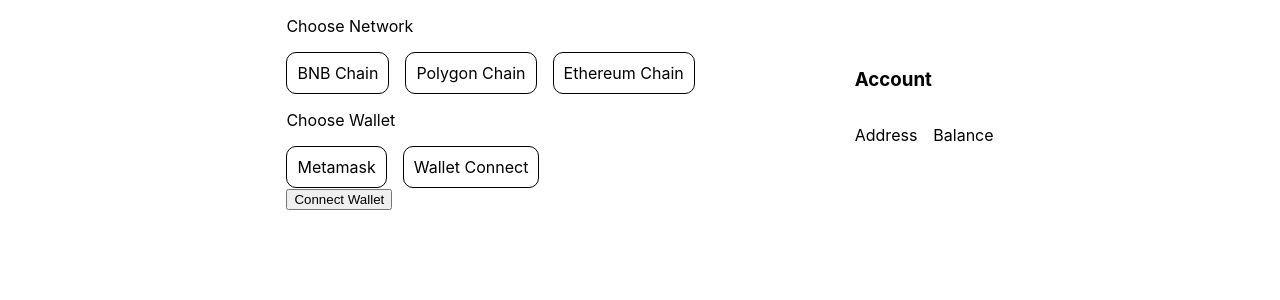
Repository: m-ahmadshaikh/Wallet-Connect
Page: /
An editor plug-in stored every save of this project. The page is shown before and after the next save, followed by the edit.
The browser window is 1280 px wide. The pictures show the whole page.
The project was rebuilt for these pictures with package versions that can differ from the ones it lists, and the page was loaded fresh each time.

Above is the page before, as saved 2023-01-19 18:11:28.

### src/App.js
import { useState } from 'react';
import './App.css';
import Button from './components/Button/Button';

function App() {
  const [selectedNetwork, setSelectedNetwork] = useState('')
  const [selectedWallet, setSelectedWallet] = useState('')

  const onNetworkClick = (text)=>{
    setSelectedNetwork(text)
  }
  const onWalletClick = (text)=>{
    setSelectedWallet(text)
  }
  return (
    <div className='main'>
      <div>
      <p>Choose Network</p>
      <div className='flex'><Button text={'BNB Chain'} active={selectedNetwork === 'bnb'} onClick={()=>onNetworkClick('bnb')}/>
      <Button text={'Polygon Chain'} active={selectedNetwork === 'polygon'} onClick={()=>onNetworkClick('polygon')}/>
      <Button text={'Ethereum Chain'} active={selectedNetwork === 'ethereun'} onClick={()=>onNetworkClick('ethereum')}/>
      </div>


      <p>Choose Wallet</p>
      <div className='flex'>
      <Button text={'Metamask'}  active={selectedWallet === 'metamask'} onClick={()=>onWalletClick('metamask')}/>
      <Button text={'Wallet Connect'}  active={selectedWallet === 'wallet_connect'} onClick={()=>onWalletClick('wallet_connect')}/>
      </div>

      <button className='btn'>Connect Wallet</button>
      </div>

      <div>
        <h3>Account</h3>
        <div className='flex'>
          <p>Address</p>
          <p>Balance</p>
        </div>
      </div>
    </div>
  );
}

export default App;

### src/App.css
body {
  height: 100vh;
}

.flex {
  display: flex;
  gap: 1em;
}

.main {
  display: flex;
  justify-content: center;
  align-items: center;
  gap: 10em;
}

### src/components/Button/Button.jsx
import React from 'react';
import classes from './Button.module.css';
function Button({ text, active, onClick }) {
  return (
    <div
      onClick={onClick}
      className={`${classes.main} ${active ? classes.active : ''}`}>
      {text}
    </div>
  );
}

export default Button;

### src/components/Button/Button.module.css
.main {
  background: white;
  border: 1px solid black;
  border-radius: 10px;
  padding: 10px;
  cursor: pointer;
}

.main:hover {
  background-color: wheat;
}

.active {
  border: 1px solid blue;
}

Loaded but not shown: public/index.html (common file); src/index.js (common file); src/index.css (common file); src/reportWebVitals.js (common file)

After the next save:
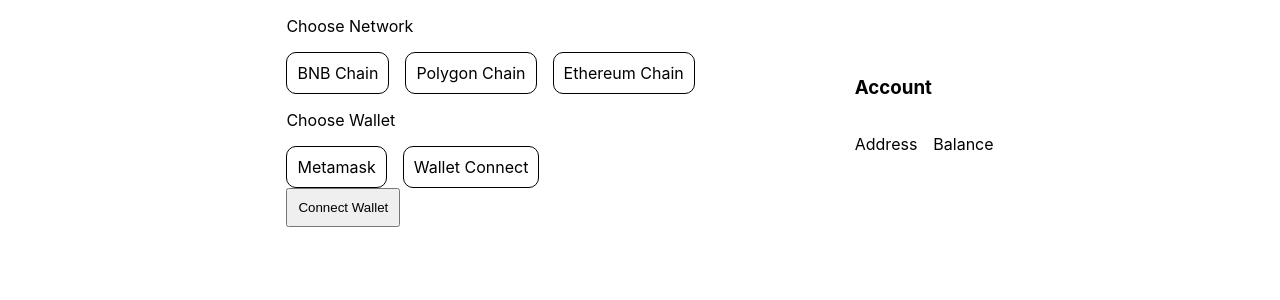
Saved 12 s later.
--- a/src/App.css
+++ b/src/App.css
@@ -13,3 +13,9 @@
   align-items: center;
   gap: 10em;
 }
+
+.btn {
+
+  padding: 10px;
+
+}
